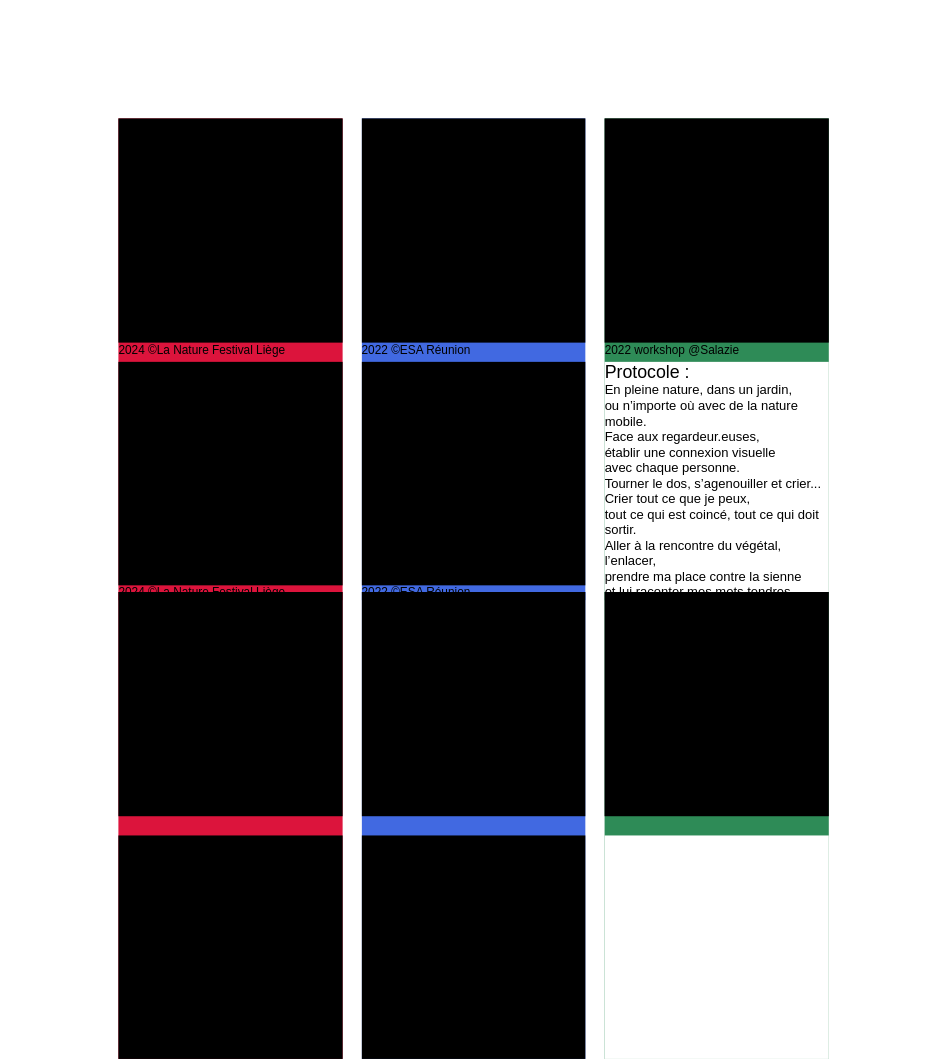
Repository: brunrhb/oce-p
Page: index.html
The author's editor kept a copy of each file at every save. The page is drawn from the files as they stood at one save, then again after the next save.
The browser window is 1280 px wide. The pictures show the whole page, at 74% of full size.

Above is the page before, as saved 2025-06-04 18:12:54.

### index.html
<!DOCTYPE html>
<html lang="fr">
<head>
  <meta charset="UTF-8">
  <meta name="viewport" content="width=device-width, initial-scale=1.0">
  <title>Grid 3 colonnes avec placeholders</title>
  <link rel="stylesheet" href="styles.css">
  <script defer src="content.js"></script>
</head>
<body>



  <section PROJET1 LIASONS VEGETALES>

<div class="grid-p1s1" id="partie1">

<div class="col-p1s1-1">
  <div class="media-block">
    <div class="placeholder-p1s1"></div>
    <p class="credit" data-content="p1s1-credit1"></p>
  </div>

  <div class="media-block">
    <div class="placeholder-p1s1"></div>
    <p class="credit" data-content="p1s1-credit2"></p>
  </div>
</div>

    <div class="col-p1s1-2">
      <div class="media-block">
        <div class="placeholder-p1s1"></div>
        <p class="credit" data-content="p1s1-credit3"></p>
      </div>
      <div class="media-block">
        <div class="placeholder-p1s1"></div>
        <p class="credit" data-content="p1s1-credit4"></p>
      </div>
    </div>

    <div class="col-p1s1-3">
      <div class="media-block">
        <div class="placeholder-p1s1"></div>
        <p class="credit" data-content="p1s1-credit5"></p>
      </div>
     <div class="text-block-p1s1">
       <p class="protocole-titre" data-content="p1s1-protocole-titre"></p>
       <p class="protocole-corps" data-content="p1s1-protocole-corps"></p>
    </div>

  </div>

</div>

<div class="grid-p1s1" id="partie2">

<div class="col-p1s1-1">
  <div class="media-block">
    <div class="placeholder-p1s1"></div>
    <p class="credit" data-content="p1s1-credit1"></p>
  </div>

  <div class="media-block">
    <div class="placeholder-p1s1"></div>
    <p class="credit" data-content="p1s1-credit2"></p>
  </div>
</div>

    <div class="col-p1s1-2">
      <div class="media-block">
        <div class="placeholder-p1s1"></div>
        <p class="credit" data-content="p1s1-credit3"></p>
      </div>
      <div class="media-block">
        <div class="placeholder-p1s1"></div>
        <p class="credit" data-content="p1s1-credit4"></p>
      </div>
    </div>

    <div class="col-p1s1-3">
      <div class="media-block">
        <div class="placeholder-p1s1"></div>
        <p class="credit" data-content="p1s1-credit5"></p>
      </div>
     <div class="text-block-p1s1">
       <p class="protocole-titre" data-content="p1s1-protocole-titre"></p>
       <p class="protocole-corps" data-content="p1s1-protocole-corps"></p>
    </div>

  </div>

</div>

  </section>

</body>
</html>

### styles.css
body {
  margin: 0;
  font-family: sans-serif;
}

/* #region PROJET1 LIASONS VEGETALES*/

/* 1 grille et colonnes */

.grid-p1s1 {
  display: grid;
  grid-template-columns: 1fr 1fr 1fr;
  height: calc(100vh - 20rem);
  padding-top: 10rem;
  padding-bottom: 5rem;
  padding-left:10rem ;
  padding-right:10rem ;
  column-gap: 2vw;
}

.col-p1s1-1 {
  display: flex;
  flex-direction: column;
  justify-content: flex-start;
  gap: 2vw;


  background-color: crimson;
}

.col-p1s1-2 {
  display: flex;
  flex-direction: column;
  justify-content: flex-start;
  gap: 2vw;

  background-color: royalblue;
}

.col-p1s1-3 {
  display: flex;
  flex-direction: column;
  justify-content: flex-start;
  gap: 2vw;

  background-color: seagreen;
}


/* 2 blocks et elements */

.media-block {
  display: block;
  width: 100%;
}

.placeholder-p1s1 {
  aspect-ratio: 1 / 1;
  width: 100%;
  background-color: black;
}

.credit {
  position: absolute;
  font-size: 1rem;
  line-height: 1.2;
  margin: 0;

}

.text-block-p1s1 {
  display: flex;
  flex-direction: column;
  justify-content: flex-end;

  width: 100%;
  aspect-ratio: 1 / 1;
  background-color: white;

  padding: 0;
  margin: 0;
  gap: 0;
}

.protocole-titre {
  font-size: 1.5rem;
  margin: 0;
  padding: 0;
}

.protocole-corps {
  font-size: 1.1rem;
  margin: 0;
  padding: 0;
}

/* #endregion */

### content.js
const content = {};

// #region PROJET1

// #region p1s1
content["p1s1-credit1"] = "2024 ©La Nature Festival Liège";
content["p1s1-credit2"] = "2024 ©La Nature Festival Liège";
content["p1s1-credit3"] = "2022 ©ESA Réunion";
content["p1s1-credit4"] = "2022 ©ESA Réunion";
content["p1s1-credit5"] = "2022 workshop @Salazie";

content["p1s1-protocole-titre"] = "Protocole :";
content["p1s1-protocole-corps"] = `
  En pleine nature, dans un jardin,<br>
  ou n’importe où avec de la nature mobile.<br>
  Face aux regardeur.euses,<br>
  établir une connexion visuelle<br>
  avec chaque personne.<br>
  Tourner le dos, s’agenouiller et crier...<br>
  Crier tout ce que je peux,<br>
  tout ce qui est coincé, tout ce qui doit sortir.<br>
  Aller à la rencontre du végétal, l’enlacer,<br>
  prendre ma place contre la sienne<br>
  et lui raconter mes mots tendres.
`;
// #endregion

// #region p1s2
content["p1s2-credit1"] = "2022 @ESA Réunion";

content["p1s2-extrait1"] = `
  "Nos corps sont des révolutions<br>
Nos corps sont des révolutions,<br>
Ma sœur<br><br>

T’effleurer<br>
me rappelle les guerres qui nous traversent<br>
et les narrations qui nous diluent.<br>
Encore et encore, il faudra crier<br>
du silence dans lequel on voudrait nous maintenir.<br><br>

Être contre toi me rappelle que les écosystèmes<br>
ne sont pas seulement des lieux que nous habitons<br>
mais des milieux que nous abritons.<br>
Je me souviens de nos différentes alliances<br>
et je pressens celles que nous devons retisser.<br><br>

Car ce sont ces alliances<br>
qui nous ont permise de survivre,<br>
d’être là, dignes et en vie :<br>
la connaissance de notre puissance<br>
et de notre capacité à résister par<br>
les réseaux discrets mais pérennes<br>
que nous avons su fabriquer.<br><br>

Nos corps sont des révolutions<br>
Nos corps sont des révolutions,<br>
Ma sœur<br><br>

Chaque jour, les structures rigides de mon quotidien<br>
me rappellent ce système absurde dans lequel je vis.
 `;
content["p1s2-extrait2"] = `
Tout comme, chaque jour,<br>
mon existence et celle du vivant<br>
rappellent à ce système<br>
qu’il peut toujours en être autrement.<br>
Chaque jour,<br>
nous lui rappelons que peu importe la haine<br>
et l’acharnement qu’il déploie,<br>
il en va déjà autrement.<br><br>

Chaque jour, parce que je suis là<br>
et que tu es là, en vie,<br>
nous lui rappelons qu’à l’intérieur du “nous”,<br>
des multitudes de mondes possibles<br>
sont déjà en train d’exister.<br><br>

Chaque jour, mon existence<br>
et celle du vivant rappellent à ce système<br>
que son monde est un paradigme fictionnel.<br>
Chaque jour, nous lui faisons sentir à notre tour<br>
que le propre d’un paradigme c’est de changer :<br>
d’être remplacé, déplacé ou ré-inventé.<br><br>

Chaque jour, le “nous” que nous faisons apparaître,<br>
conteste cet ordre du monde.<br><br>

Te nommant sœur,<br>
Je questionne mon statut d’aimante<br>
En rêvant d’une sororité étendue<br><br>

Pour devenir la moitié, ta compagne<br><br>

Serrer & semer Ensemencer nos devenirs<br><br>

Je sais qu’il faudra du temps, [...]";
 `;
// #endregion

// #endregion


// #region injection
window.addEventListener("DOMContentLoaded", () => {
  Object.entries(content).forEach(([key, value]) => {
    const el = document.querySelector(`[data-content="${key}"]`);
    if (el) el.innerHTML = value;
  });
});
// #endregion

After the next save:
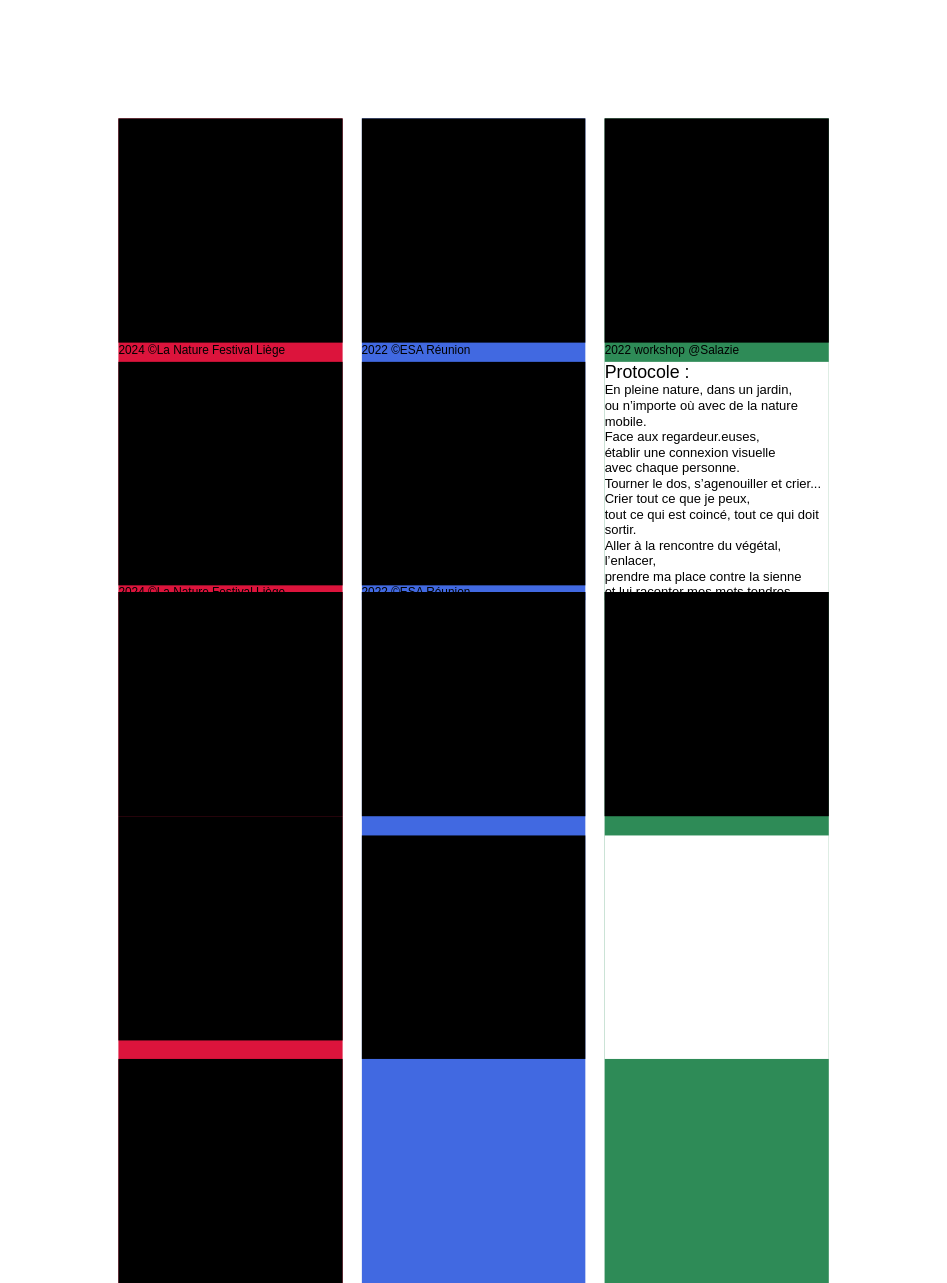
Saved 2 min 11 s later.
--- a/index.html
+++ b/index.html
@@ -57,6 +57,7 @@
 <div class="col-p1s1-1">
   <div class="media-block">
     <div class="placeholder-p1s1"></div>
+    <div class="placeholder-p1s1"></div>
     <p class="credit" data-content="p1s1-credit1"></p>
   </div>
 
